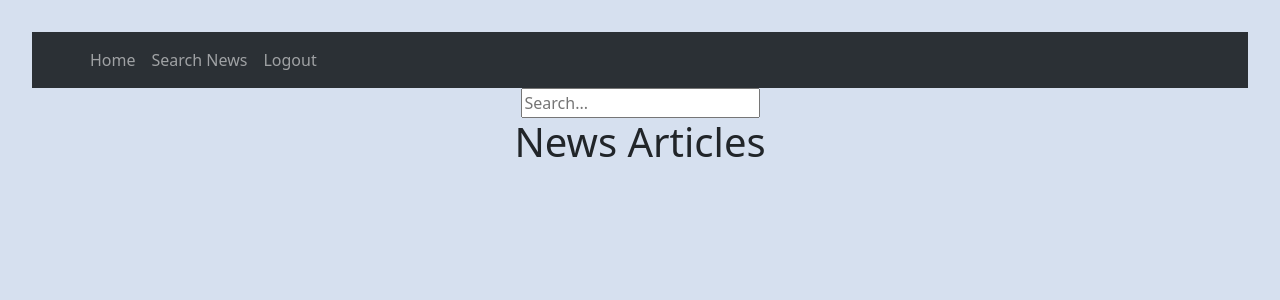
Repository: oksana117/news-app
Page: /search (app in client/)
An editor plug-in stored every save of this project. The page is shown before and after a run of saves, followed by the edit.
The browser window is 1280 px wide. The pictures show the whole page.
The page's requests for data from a server got no answer. The project was rebuilt for these pictures with package versions that can differ from the ones it lists, and the page was loaded fresh each time. No one was signed in, and anything a server would have sent is missing. Also part of the build but not shown: client/vite.config.js, client/src/Register.jsx, client/src/Login.jsx, client/src/Home.jsx.

Above is the page before, as saved 2024-09-27 18:36:38.

### client/index.html
<!doctype html>
<html lang="en">

<head>
  <meta charset="UTF-8" />
  <link rel="icon" type="image" href="/newspaper.png" />
  <meta name="viewport" content="width=device-width, initial-scale=1.0" />
  <title>Latest News</title>
</head>

<body style="background-color:#D6E0EF;">
  <div id="root"></div>
  <script type="module" src="/src/main.jsx"></script>
</body>

</html>

### client/src/main.jsx
import { StrictMode } from 'react'
import { createRoot } from 'react-dom/client'

import App from './App.jsx'
import 'font-awesome/css/font-awesome.min.css';
//import './index.css'

createRoot(document.getElementById('root')).render(
  <StrictMode>
    <App />
  </StrictMode>,
)

### client/src/App.jsx

import 'bootstrap/dist/css/bootstrap.min.css'
import Register from './Register'
import Login from './Login'
import Home from './Home'
import Search from './Search.jsx'
import { BrowserRouter, Routes, Route } from 'react-router-dom'
import {NavbarBootstrap} from './components/Navbar.jsx'

//import reactLogo from './assets/react.svg'
//import viteLogo from '/vite.svg'
//import './App.css'

function App() {

  return (

    <BrowserRouter>
      <NavbarBootstrap/>
      <Routes>
        <Route path='/register' element={<Register />}></Route>
        <Route path='/login' element={<Login />}></Route>
        <Route path='/home' element={<Home />}></Route>
        <Route path='/search' element={<Search />}></Route>
        </Routes>

    </BrowserRouter>


  )
}

export default App

### client/src/Search.jsx


import 'font-awesome/css/font-awesome.min.css';
//import { FontAwesomeIcon } from '@fortawesome/react-fontawesome'
import { useEffect, useState } from "react";
//import { Users } from "./users";
import "./app.css";
import SearchTableResult from "./SearchTableResult";
import axios from "axios";




function Search() {
  const [query, setQuery] = useState("");
  const [data, setData] = useState([]);


  useEffect(() => {
    const fetchData = async () => {
      const res = await axios.get(`http://localhost:3001/search?keywords=${query}`);
        setData(res.data);

    };
    if (query.length === 0 || query.length > 2) fetchData();
  }, [query]);
    console.log(query);
    console.log(data);
    return (

    <div className="app">
        <input
          className="search"
          placeholder="Search..."
          onChange={(e) => setQuery(e.target.value.toLowerCase())}
        />
      {<SearchTableResult data={data} />}
    </div>
  );
}

export default Search;

### client/src/components/Navbar.jsx
import Container from 'react-bootstrap/Container';
import Nav from 'react-bootstrap/Nav';
import Navbar from 'react-bootstrap/Navbar';

export const NavbarBootstrap = () => {
    return (
        <Navbar expand="lg" className="bg-body-tertiary" bg="primary" data-bs-theme="dark">
            <Container>
                <Navbar.Toggle aria-controls="basic-navbar-nav" />
                <Navbar.Collapse id="basic-navbar-nav">
                    <Nav className="me-auto">
                        <Nav.Link href="/home">Home</Nav.Link>
                        <Nav.Link href="/search">Search News</Nav.Link>
                        <Nav.Link href="/login">Logout</Nav.Link>
                    </Nav>
                </Navbar.Collapse>
            </Container>
        </Navbar>
    );
}
//fix LOGOUT

### client/src/SearchTableResult.jsx
/* eslint-disable react/prop-types */


const SearchTableResult = ({ data }) => {

  //const dataKeys = Object.keys(data)


    return (
        <div>
            <h1>News Articles</h1>
            <ul>
                {data.map((article, index) => (
                    <li key={index}>
                        <h2>{article.title}</h2>
                        <p>{article.description}</p>
                        <a href={article.url} target="_blank" rel="noopener noreferrer">Read more</a>
                    </li>
                ))}
            </ul>
        </div>
    );
        /*
    <table>
            <tbody>
                <tr>
                    <th>Title</th>
                    <th>Source</th>
                    <th>Publication Date</th>
                    <th>Description</th>
                </tr>
                {dataKeys.map((item) => (
                    <tr key={item.id}>
                        <td>{item}</td>
                        <td>{item.url}</td>
                        <td>{item.published_at}</td>
                        <td>{item.description}</td>
                    </tr>
                ))}
            </tbody>
        </table>
          );*/



};

export default SearchTableResult;

Loaded but not shown: client/src/app.css (common file)

After the next 3 saves:
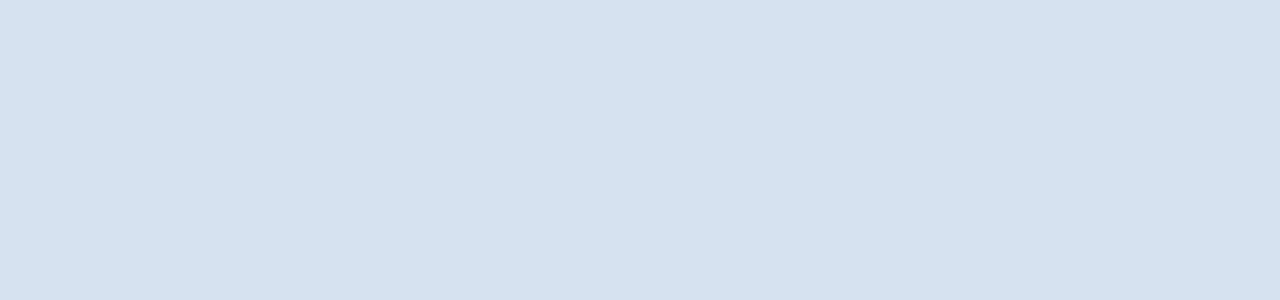
Console error: ReferenceError: news is not defined
The 3 saves are shown as one change because 1 did not build or start and some came seconds apart.
The last was saved 72 s later.
--- a/client/src/Search.jsx
+++ b/client/src/Search.jsx
@@ -27,7 +27,19 @@
     console.log(query);
     console.log(data);
     return (
-
+      <div>
+            <h1>News Articles</h1>
+            <ul>
+                {news.map((article, index) => (
+                    <li key={index}>
+                        <h2>{article.title}</h2>
+                        <p>{article.description}</p>
+                        <a href={article.url} target="_blank" rel="noopener noreferrer">Read more</a>
+                    </li>
+                ))}
+            </ul>
+        </div>
+      /*
     <div className="app">
         <input
           className="search"
@@ -35,7 +47,7 @@
           onChange={(e) => setQuery(e.target.value.toLowerCase())}
         />
       {<SearchTableResult data={data} />}
-    </div>
+    </div>*/
   );
 }
 

After the 3 saves that followed:
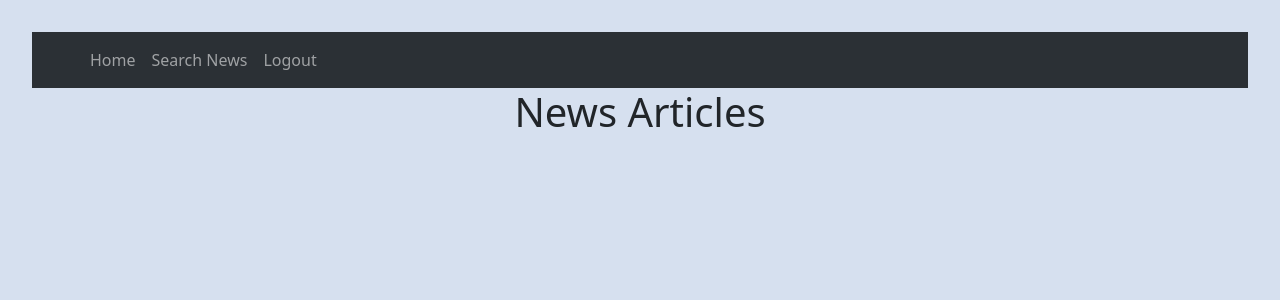
The error is gone.
The 3 saves are shown as one change because 2 left the picture as it was.
The last was saved 62 s later.
--- a/client/src/Search.jsx
+++ b/client/src/Search.jsx
@@ -5,14 +5,14 @@
 import { useEffect, useState } from "react";
 //import { Users } from "./users";
 import "./app.css";
-import SearchTableResult from "./SearchTableResult";
+//import SearchTableResult from "./SearchTableResult";
 import axios from "axios";
 
 
 
 
 function Search() {
-  const [query, setQuery] = useState("");
+  const [query] = useState("");
   const [data, setData] = useState([]);
 
 
@@ -30,7 +30,7 @@
       <div>
             <h1>News Articles</h1>
             <ul>
-                {news.map((article, index) => (
+                {data.map((article, index) => (
                     <li key={index}>
                         <h2>{article.title}</h2>
                         <p>{article.description}</p>
